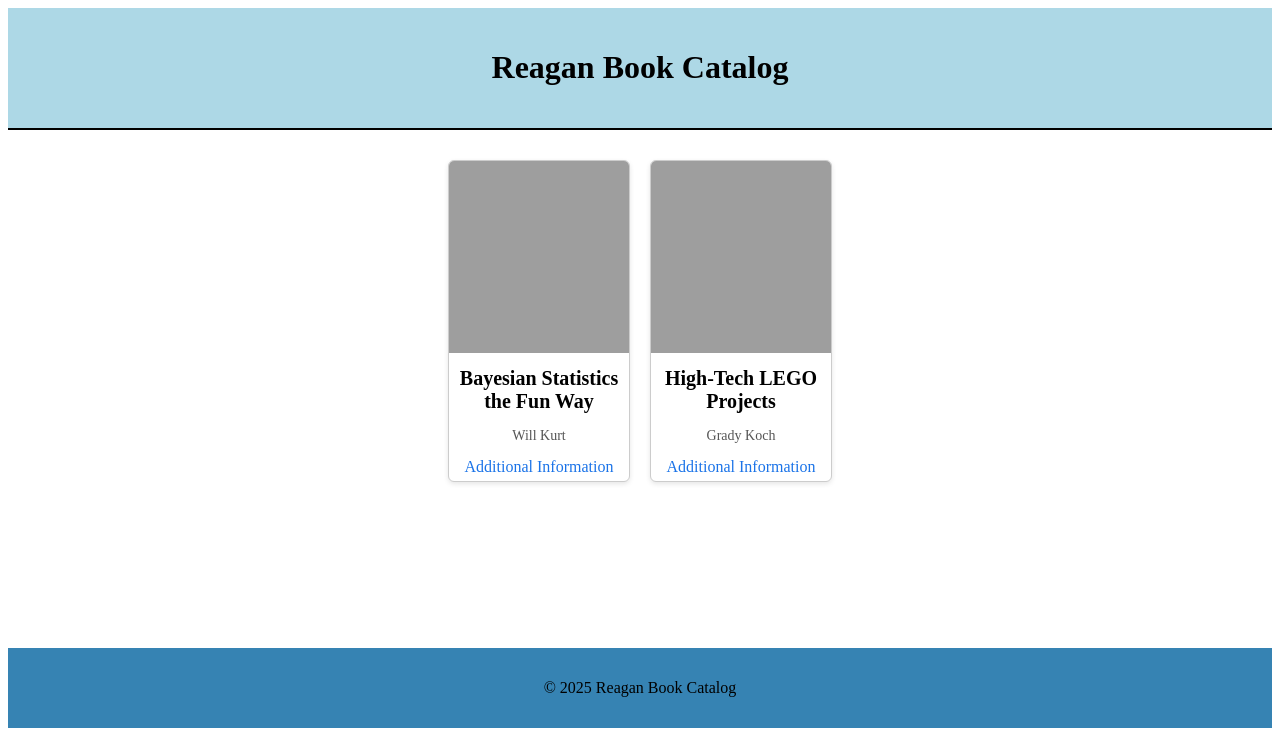
Repository: antyc0817/COMP-3170-Assignment-2-Reagan
Page: /
These files come from the project's save history. The page is drawn as it stood at one moment and after the next save; the edit follows.
The browser window is 1280 px wide. The pictures show the whole page.
Pictures or frames that could not be fetched are drawn as grey boxes. The project was rebuilt for these pictures with package versions that can differ from the ones it lists, and the page was loaded fresh each time. Also part of the build but not shown: vite.config.js, src/index.css.

Above is the page before, as saved 2025-09-10 12:48:46.

### index.html
<!DOCTYPE html>
<html lang="en">
    <head>
        <meta charset="UTF-8" />
        <meta
            name="viewport"
            content="width=device-width, initial-scale=1.0" />
        <title>Reagan's Book Catalog</title>
    </head>
    <body>
        <div id="root"></div>
        <script
            type="module"
            src="/src/main.jsx"></script>
    </body>
</html>

### src/App.jsx
import "./App.css";
import Book from "./book.jsx";

function App() {
    return (
        <div id='app-container'>
            <header>
                <h1>Reagan Book Catalog</h1>
            </header>

            <main className='content'>
                <Book
                    image='https://itbook.store/img/books/9781593279561.png'
                    title='Bayesian Statistics the Fun Way'
                    authors='Will Kurt'
                    link='https://itbook.store/books/9781593279561'
                />
                <Book
                    image='https://itbook.store/img/books/9781718500259.png'
                    title='High-Tech LEGO Projects'
                    authors='Grady Koch'
                    link='https://itbook.store/books/9781718500259'
                />
            </main>

            <footer>
                <p>© 2025 Reagan Book Catalog</p>
            </footer>
        </div>
    );
}

export default App;

### src/App.css
#app-container {
    display: flex;
    flex-direction: column;
    min-height: 100vh;
}
header {
    text-align: center;
    background-color: lightblue;
    padding: 20px;
    border-bottom: 2px solid #000;
}

footer {
    text-align: center;
    padding: 15px;
    background-color: #3683b3;
    margin-top: auto;
}

:root {
    --book-w: 180px;
    --book-h: 320px;
}

.content {
    display: flex;
    justify-content: center;
    gap: 20px;
    padding: 30px;
}

.book {
    width: var(--book-w);
    height: var(--book-h);
    border: 1px solid #ccc;
    border-radius: 6px;
    overflow: hidden;
    display: flex;
    flex-direction: column;
    justify-content: space-between;
    background-color: #fff;
    box-shadow: 0 2px 5px rgba(0, 0, 0, 0.1);
}

.book img {
    width: 100%;
    height: 60%;
    object-fit: cover;
}

.book h3 {
    margin: 5px 0;
    font-size: 20px;
    text-align: center;
}

.book p {
    margin: 0 0 5px 0;
    font-size: 14px;
    text-align: center;
    color: #555;
}

.book a {
    text-decoration: none;
    color: #1a73e8;
    text-align: center;
    display: block;
    margin-bottom: 5px;
    font-weight: 500;
}

### src/book.jsx
function Book({ image, title, authors, link }) {
    return (
        <div className='book'>
            <img
                src={image}
                alt={title}
            />
            <h3>{title}</h3>
            <p>{authors}</p>
            <a
                href={link}
                target='_blank'>
                Additional Information
            </a>
        </div>
    );
}

export default Book;

Loaded but not shown: src/main.jsx (common file)

After the next save:
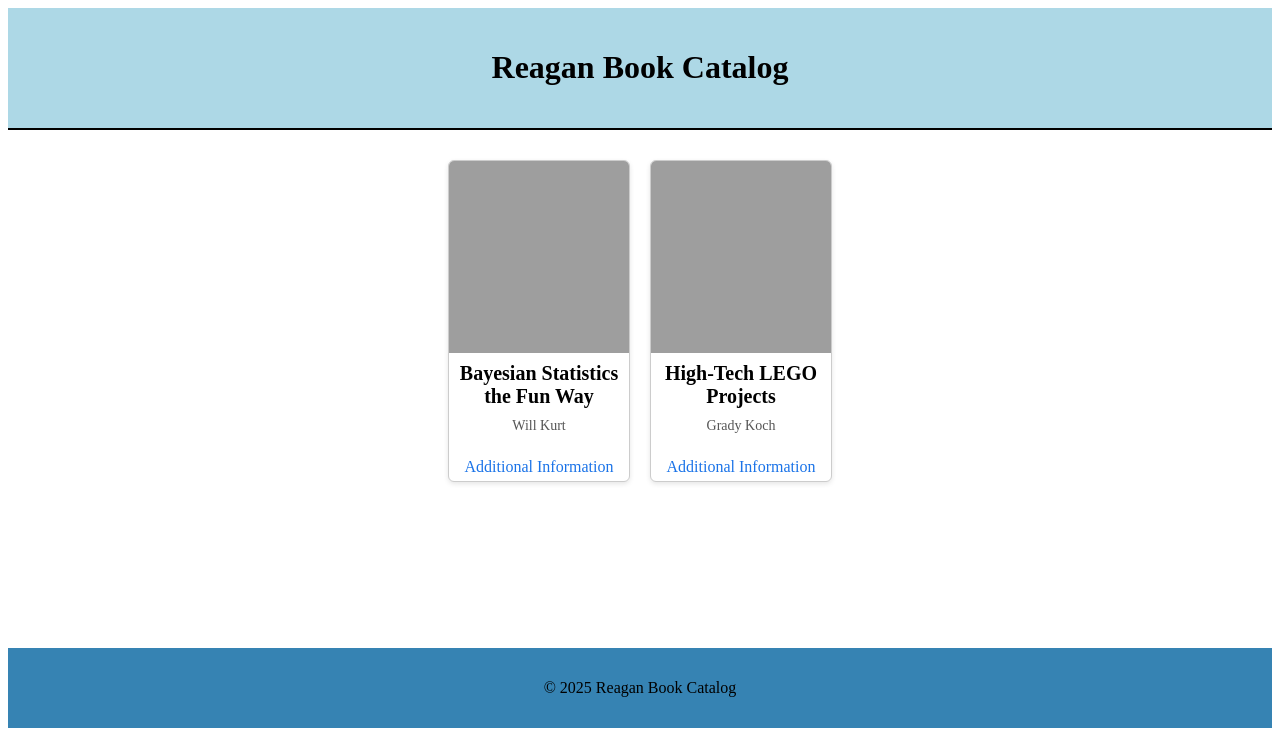
Saved 82 min 33 s later.
--- a/src/App.css
+++ b/src/App.css
@@ -55,7 +55,7 @@
 }
 
 .book p {
-    margin: 0 0 5px 0;
+    margin: 0 0 20px 0;
     font-size: 14px;
     text-align: center;
     color: #555;

After the save that followed:
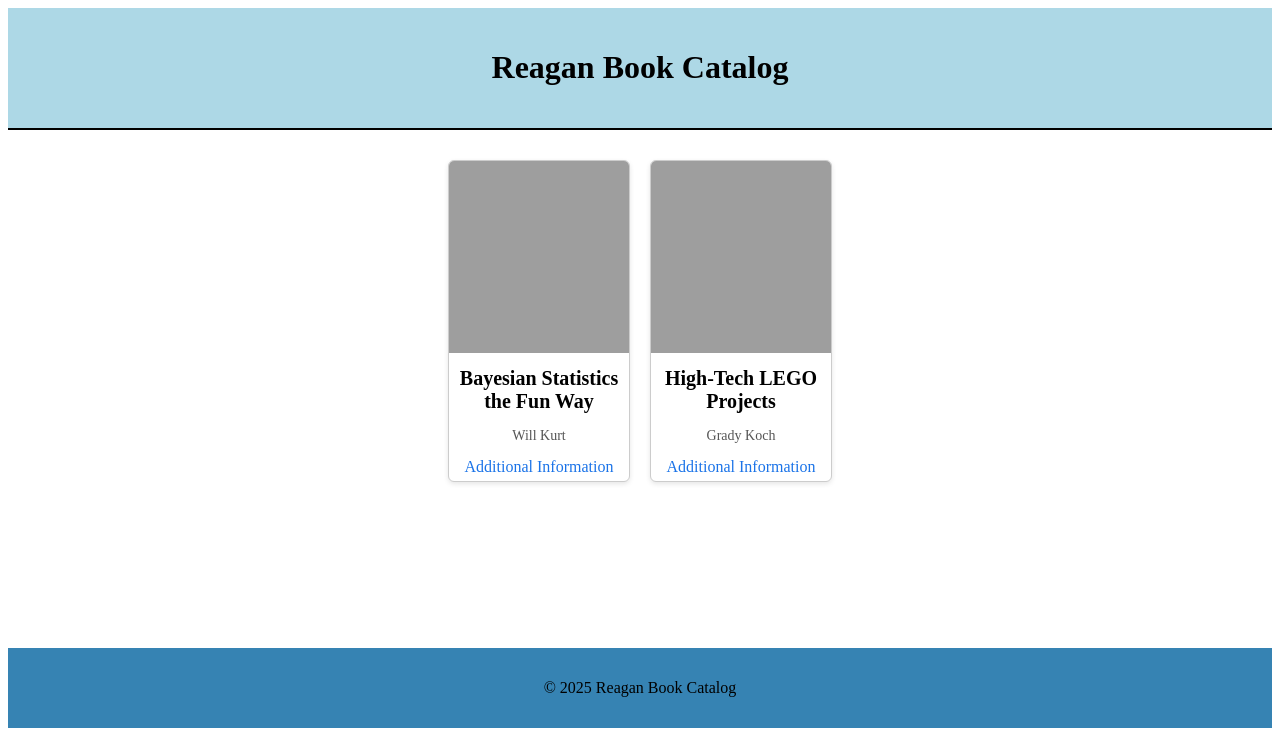
Saved 7 s later.
--- a/src/App.css
+++ b/src/App.css
@@ -55,7 +55,7 @@
 }
 
 .book p {
-    margin: 0 0 20px 0;
+    margin: 0 0 5px 0;
     font-size: 14px;
     text-align: center;
     color: #555;
